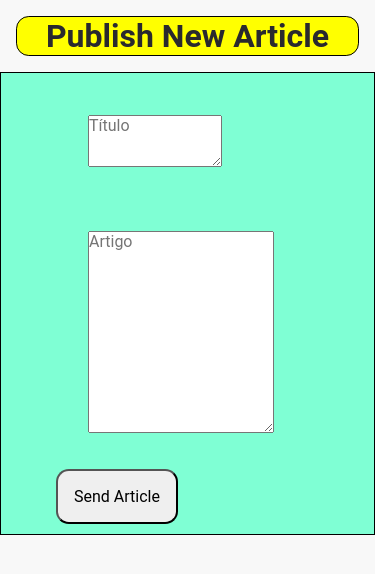
Repository: batmit/publish_articles
Page: /publish
An editor plug-in stored every save of this project. The page is shown before and after the next save, followed by the edit.
The browser window is 375 px wide. The pictures show the whole page.
The project was rebuilt for these pictures with package versions that can differ from the ones it lists, and the page was loaded fresh each time. Also part of the build but not shown: src/pages/articles.tsx, src/pages/article.tsx, src/pages/Home.tsx.

Above is the page before, as saved 2021-06-29 18:47:43.

### public/index.html
<!DOCTYPE html>
<html lang="en">
  <head>
    <meta charset="utf-8" />
    <meta name="viewport" content="width=device-width, initial-scale=1" />
    <meta name="theme-color" content="#000000" />
    <meta
      name="description"
      content="Web site created using create-react-app"
    />
    <title>publish_articles</title>
  </head>
  <body>
    <noscript>You need to enable JavaScript to run this app.</noscript>
    <div id="root"></div>
    <!--
      This HTML file is a template.
      If you open it directly in the browser, you will see an empty page.

      You can add webfonts, meta tags, or analytics to this file.
      The build step will place the bundled scripts into the <body> tag.

      To begin the development, run `npm start` or `yarn start`.
      To create a production bundle, use `npm run build` or `yarn build`.
    -->
  </body>
</html>

### src/App.tsx
import React from 'react';
import { BrowserRouter, Route } from 'react-router-dom';
import { Articles } from './pages/articles';

import {Article} from './pages/article'

import {Home} from './pages/Home';
import { Publish_Articles } from './pages/publish_articles';

import './styles/global.scss';



function App() {
  return (

    <BrowserRouter>

      <Route path='/' exact component={Home} />

      <Route path='/articles' exact component={Articles} />

      <Route path='/articles/:id' component={Article} />

      <Route path='/publish' exact component={Publish_Articles} />



    </BrowserRouter>

  );
}

export default App;

### src/pages/publish_articles.tsx
import { FormEvent, useState } from "react";
import { useHistory } from "react-router-dom";
import { database } from "../services/firebase";

export function Publish_Articles() {

    const [title, setNewTitle] = useState('');

    const [article, setNewArticle] = useState('');

    const history = useHistory();

    async function handleSendArticle(event: FormEvent) {

        event.preventDefault();

        await database.ref(`articles/${title}`).push(article);

        setNewArticle('');

        setNewTitle('');

        history.push(`articles/${title}`)

    };

    return (
        <>
            <header>
                <h1>Publish New Article</h1>
            </header>

            <main>
                <form onSubmit={handleSendArticle}>
                        <textarea
                            className="title"
                            placeholder="Título"
                            onChange={event => setNewTitle(event.target.value)}
                            value={title}
                        />


                        <textarea
                            placeholder="Artigo"
                            onChange={event => setNewArticle(event.target.value)}
                            value={article}
                        />

                        <div className="form-footer">
                            <button type='submit'>Send Article</button>
                        </div>

                </form>
            </main>
        </>
    );
}

### src/styles/global.scss
* {
    margin: 0;
    padding: 0;
    box-sizing: boder-box;
}

body{
    background: #f8f8f8;
    color: #29292e;
}

body, input, button, textarea {
    font: 400 16px 'Roboto', sans-serif ; // se não rodar o Roboto pega o sans-serif
}

header {
    text-align: center;
    justify-content: center;
    align-items: center;
    background: yellow;
    border: 1px solid black;
    border-radius: 0.8rem;
    margin: 1rem;
}

main {
    align-items: center;
    justify-content: center;
    display: flex;
    gap: 10px;
    background: aquamarine;
    border: 1px solid black;
    padding: 10px;


}

button {
    padding: 1rem;
    border-radius: 0.8rem;
    gap: 10px;
    transition: 0.2s;
}

button:hover {
    background-color: white;

}

form {
    .title {
        display: block;
        width: 500px;
        height: 50px;
        margin: 2rem;
    }

    textarea{
        width: 500px;
        height: 200px;
        margin: 2rem;
    }
}

@media (max-width: 600px) {
    form {
        align-items: center;

        textarea{
            width: 70%;
            height: 200px;
        }

        .title {
            width: 50%;
            height: 50px;
        }
    }

}

### src/services/firebase.ts
import firebase from 'firebase/app'; // tem que baixar primeira yarn add firebase

import 'firebase/auth';
import 'firebase/database';

const firebaseConfig = {
    apiKey: "AIzaSyAnqsPR26s-jH9kgIT35JRFnFNwjQIPuWg",
    authDomain: "publish-articles-5a753.firebaseapp.com",
    databaseURL: "https://publish-articles-5a753-default-rtdb.firebaseio.com",
    projectId: "publish-articles-5a753",
    storageBucket: "publish-articles-5a753.appspot.com",
    messagingSenderId: "1038663375307",
    appId: "1:1038663375307:web:9e3542b0440fa2c5873e4e"
};

firebase.initializeApp(firebaseConfig); //inicio

const auth = firebase.auth(); // vou exportar
const database = firebase.database()

export { firebase, auth, database }

Loaded but not shown: src/index.tsx (common file)

After the next save:
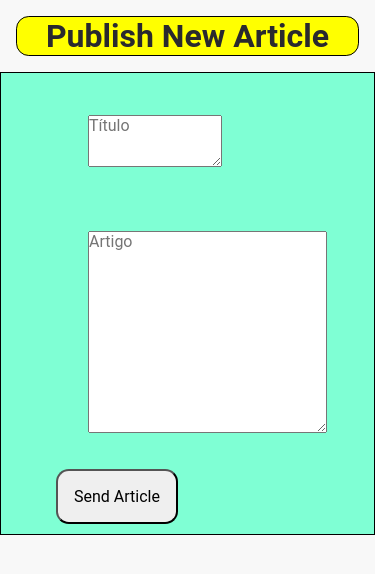
Saved 8 s later.
--- a/src/styles/global.scss
+++ b/src/styles/global.scss
@@ -67,7 +67,7 @@ form {
         align-items: center;
 
         textarea{
-            width: 70%;
+            width: 90%;
             height: 200px;
         }
 
